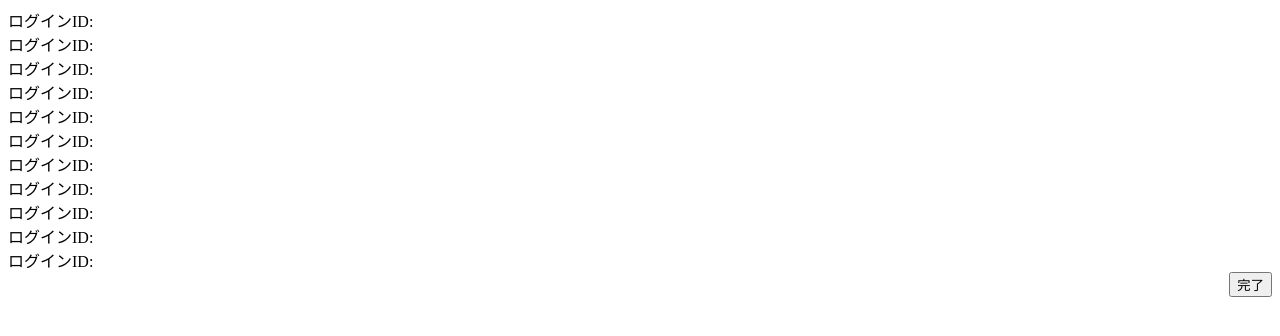
Repository: esk04/Keisanchan
Page: http://localhost/Keisanchan/keisanResult.jsp
These files come from the project's save history. The page is drawn as it stood at one moment and after the next save; the edit follows.
The browser window is 1280 px wide. The pictures show the whole page.
The page is served by Tomcat 9.

Above is the page before, as saved 2018-08-20 04:27:48.

After the next save:
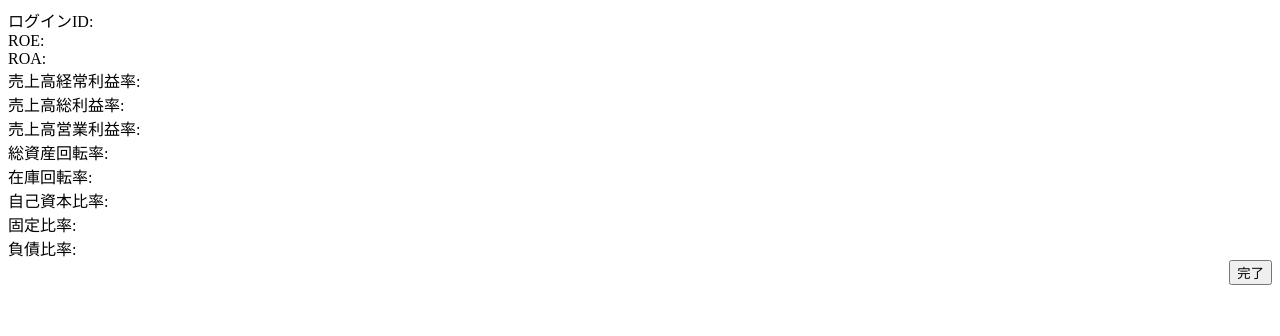
Saved 3 min 15 s later.
--- a/Keisanchan/WebContent/keisanResult.jsp
+++ b/Keisanchan/WebContent/keisanResult.jsp
@@ -12,27 +12,27 @@
 
 <label>ログインID:</label>
 		 <s:property value="roe"/><br>
-		 <label>ログインID:</label>
+		 <label>ROE:</label>
 		 <s:property value="roa"/><br>
-		 <label>ログインID:</label>
+		 <label>ROA:</label>
 		 <s:property value="uriage_keijo_ratio"/><br>
-		 <label>ログインID:</label>
+		 <label>売上高経常利益率:</label>
 		 <s:property value="uriage_sori_ratio"/><br>
-		 <label>ログインID:</label>
+		 <label>売上高総利益率:</label>
 		 <s:property value="uriage_eigyo_ratio"/><br>
-		 <label>ログインID:</label>
+		 <label>売上高営業利益率:</label>
 
 		 <s:property value="total_kaiten_ratio"/><br>
-		 <label>ログインID:</label>
+		 <label>総資産回転率:</label>
 		 <s:property value="zaiko_kaiten_ratio"/><br>
-		 <label>ログインID:</label>
+		 <label>在庫回転率:</label>
 
 		 <s:property value="ryudo_ratio"/><br>
-		 <label>ログインID:</label>
+		 <label>自己資本比率:</label>
 		 <s:property value="zikoshi_ratio"/><br>
-		 <label>ログインID:</label>
+		 <label>固定比率:</label>
 		 <s:property value="kotei_ratio"/><br>
-		 <label>ログインID:</label>
+		 <label>負債比率:</label>
 		 <s:property value="fusai_ratio"/><br>
 
 		 <s:submit value="完了" />
